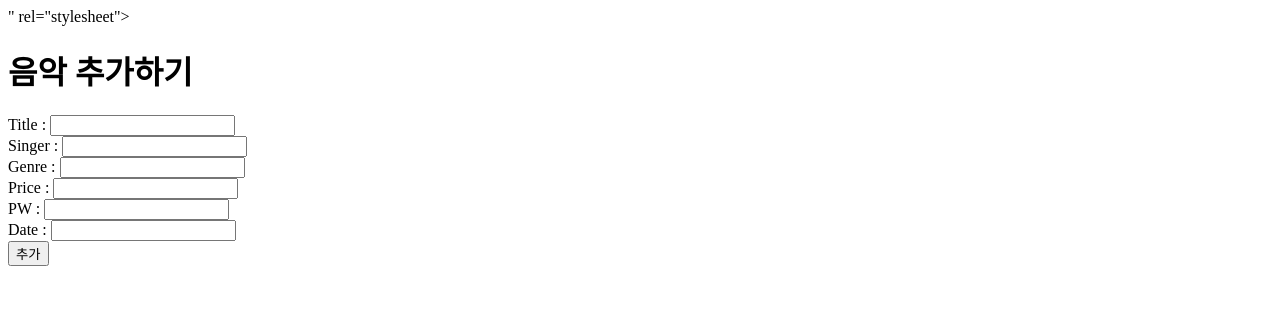
Repository: gimyoni/Music
Page: http://localhost/Music/WEB-INF/views/add.jsp
These files come from the project's save history. The page is drawn as it stood at one moment and after the next save; the edit follows.
The browser window is 1280 px wide. The pictures show the whole page.
The page is served by Tomcat 9. Nobody is signed in. The template is opened directly, without the code that normally fills it, so the values that code supplies are empty.

Above is the page before, as saved 2021-07-15 03:00:41.

After the next save:
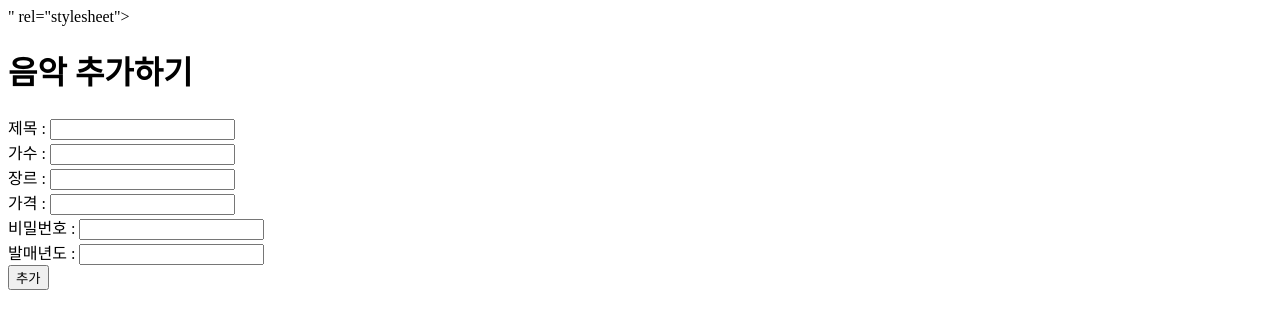
Saved 22 s later.
--- a/Music/src/main/webapp/WEB-INF/views/add.jsp
+++ b/Music/src/main/webapp/WEB-INF/views/add.jsp
@@ -11,12 +11,12 @@
 <body>
 	<h1>음악 추가하기</h1>
 	<form method="post" action="/add_result" class = "menus">
-		Title  : <input type="text" name="song_title"><br>
-		Singer : <input type="text" name="song_singer"><br>
-		Genre  : <input type="text" name="song_genre"><br>
-		Price  : <input type="text" name="song_price"><br>
-		PW     : <input type="password" name="song_passwd"><br>
-		Date   : <input type="text" name="song_date"><br>
+		제목  : <input type="text" name="song_title"><br>
+		가수 : <input type="text" name="song_singer"><br>
+		장르  : <input type="text" name="song_genre"><br>
+		가격  : <input type="text" name="song_price"><br>
+		비밀번호    : <input type="password" name="song_passwd"><br>
+		발매년도   : <input type="text" name="song_date"><br>
 		<button type="submit">추가</button>
 	</form>
 </body>
